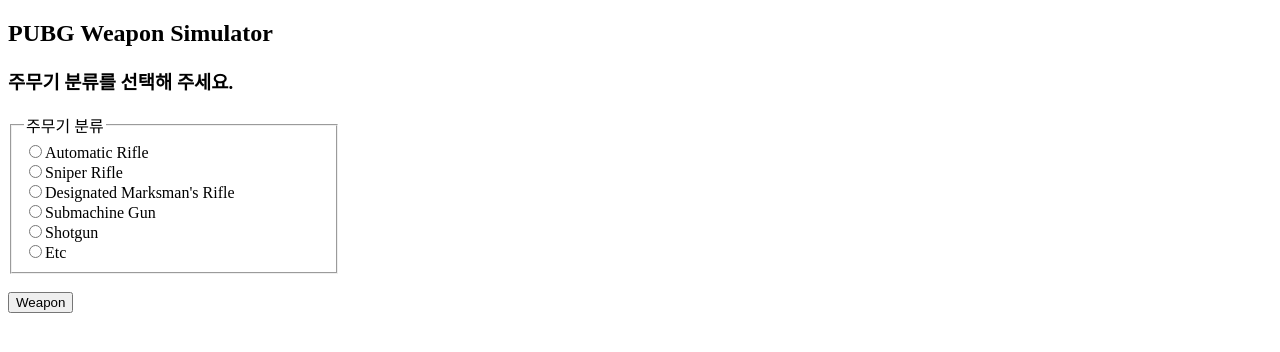
Repository: Tak-kuen/18-2
Page: http://localhost/1501163-report1/1_Start.jsp
An editor plug-in stored every save of this project. The page is shown before and after the next save, followed by the edit.
The browser window is 1280 px wide. The pictures show the whole page.
The page is served by Tomcat 9.

Above is the page before, as saved 2018-09-07 09:21:45.

### code/1501163-report1/WebContent/1_Start.jsp
<%@ page language="java" contentType="text/html; charset=UTF-8"
    pageEncoding="UTF-8"%>
<!DOCTYPE html>
<html>
<head>
<meta charset="UTF-8">
<title>1501163</title>
</head>
<body>
<h2>PUBG Weapon Simulator</h2>
<h3>주무기 분류를 선택해 주세요.</h3>
<form action="2_weaponSelect.jsp" method="post">
<fieldset style="width: 300px;">
<legend style="align=center">주무기 분류</legend>
<input name="category" type="radio" value="ar" >Automatic Rifle<br/>
<input name="category" type="radio" value="sr">Sniper Rifle<br/>
<input name="category" type="radio" value="dmr">Designated Marksman's Rifle<br/>
<input name="category" type="radio" value="smg">Submachine Gun<br/>
<input name="category" type="radio" value="sg">Shotgun<br/>
<input name="category" type="radio" value="etc">Etc<br/>
</fieldset>
<br/>
<input type="submit" value="Weapon">

</form>
</body>
</html>

After the next save:
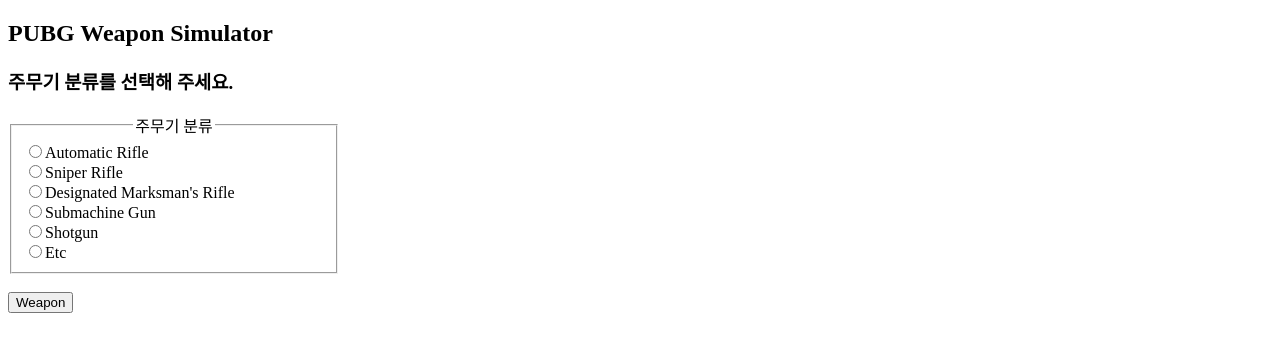
Saved 15 min 43 s later.
--- a/code/1501163-report1/WebContent/1_Start.jsp
+++ b/code/1501163-report1/WebContent/1_Start.jsp
@@ -11,7 +11,7 @@
 <h3>주무기 분류를 선택해 주세요.</h3>
 <form action="2_weaponSelect.jsp" method="post">
 <fieldset style="width: 300px;">
-<legend style="align=center">주무기 분류</legend>
+<legend align=center>주무기 분류</legend>
 <input name="category" type="radio" value="ar" >Automatic Rifle<br/>
 <input name="category" type="radio" value="sr">Sniper Rifle<br/>
 <input name="category" type="radio" value="dmr">Designated Marksman's Rifle<br/>
